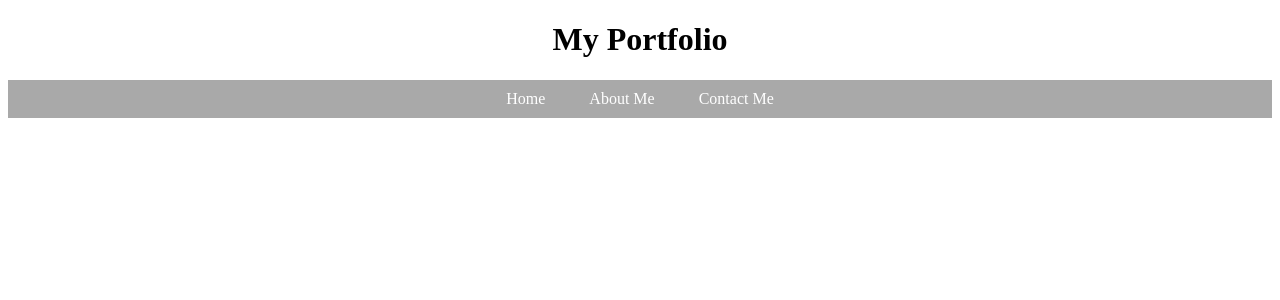
Repository: harshitanthal1/my_portfolio
Page: contactme.html
The author's editor kept a copy of each file at every save. The page is drawn from the files as they stood at one save, then again after the next save.
The browser window is 1280 px wide. The pictures show the whole page.

Above is the page before, as saved 2024-02-04 10:56:42.

### contactme.html
<!DOCTYPE html>
<html lang="en">
<head>
    <meta charset="UTF-8">
    <meta name="viewport" content="width=device-width, initial-scale=1.0">
    <title>My Portfolio</title>
    <link rel="stylesheet" href="styles/styles.css" />
</head>
<body>
    <header><h1>My Portfolio</h1></header>
    <nav>
        <li><a href="index.html" >Home</a></li>
        <li><a href="aboutme.html" >About Me</a></li>
        <li><a href="contactme.html" >Contact Me</a></li>
    </nav>
</body>
</html>

### styles/styles.css
header {
    text-align: center;
}

nav {
    background-color: darkgrey;
    color: white;
    padding: 10px;
    text-align: center;
}

li {
    display: inline;
    margin-right: 20px;
    margin-left: 20px;
}

a {
    text-decoration: none;
    color: white;
}

main {
    display: flex;
    flex-direction: row;
}

#profile {
    width: 29%;
    margin-right: 1%;;
    padding: 10px;
    width: 350px;
    border-right: 2px solid black;
}

#info {
    display: flex;
    width: 70%;
    justify-content: space-around;
}

.sub-box {
    width: 30%;
    border: 1.5px solid black;
    border-radius: 25px;
    padding: 10px;
}

h3 {
    text-align: center;
    border-bottom: 1.5px solid black;

}

#profile-summery {
    text-align: justify;
}

#home-intro {
    font-size: 44px;
    margin-left: 3%;
    margin-top: 3%;
    border-left: 2px solid black;
    padding-left: 20px;
}

img {
    border-radius: 50%;
}

h2 {
    text-align: center;
}

After the next save:
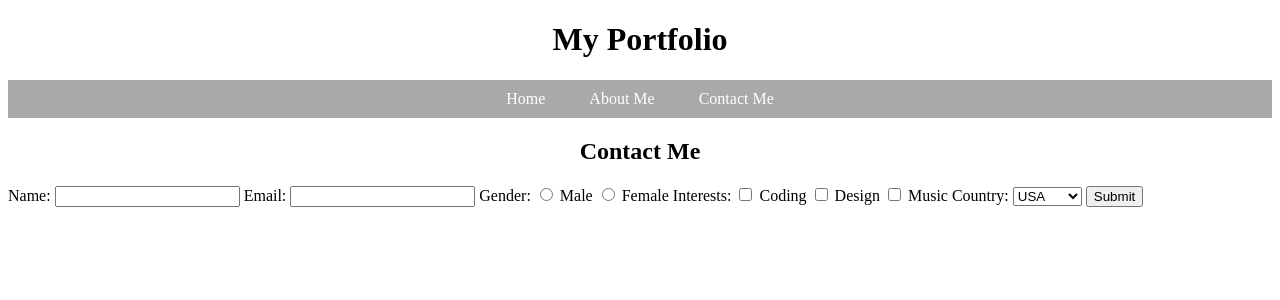
Saved 9 min 48 s later.
--- a/contactme.html
+++ b/contactme.html
@@ -13,5 +13,32 @@
         <li><a href="aboutme.html" >About Me</a></li>
         <li><a href="contactme.html" >Contact Me</a></li>
     </nav>
+
+    <h2>Contact Me</h2>
+  <form>
+    <label for="name">Name:</label>
+    <input type="text" id="name" name="name" required>
+
+    <label for="email">Email:</label>
+    <input type="email" id="email" name="email" required>
+
+    <label>Gender:</label>
+    <label><input type="radio" name="gender" value="male"> Male</label>
+    <label><input type="radio" name="gender" value="female"> Female</label>
+
+    <label for="interests">Interests:</label>
+    <label><input type="checkbox" name="interests" value="coding"> Coding</label>
+    <label><input type="checkbox" name="interests" value="design"> Design</label>
+    <label><input type="checkbox" name="interests" value="music"> Music</label>
+
+    <label for="country">Country:</label>
+    <select id="country" name="country">
+      <option value="usa">USA</option>
+      <option value="canada">Canada</option>
+      <option value="uk">UK</option>
+    </select>
+
+    <input type="submit" value="Submit">
+  </form>
 </body>
 </html>
